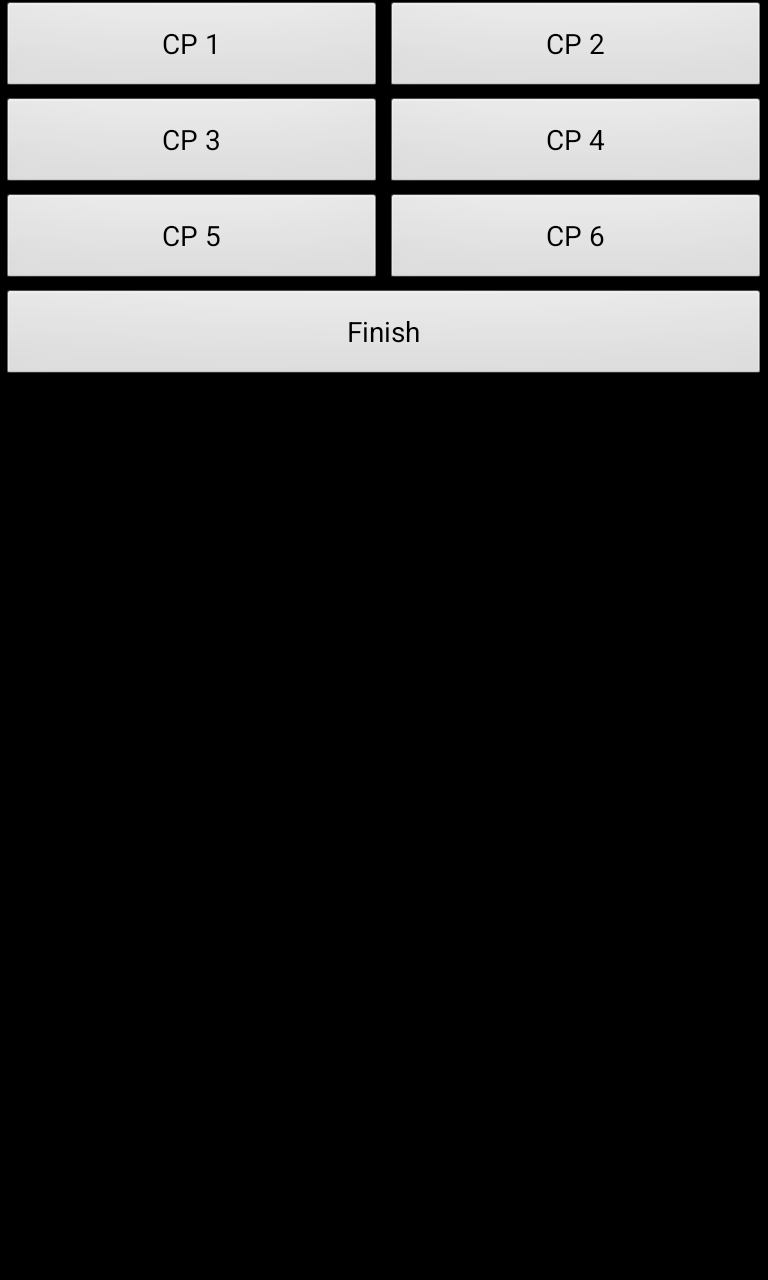
Repository: lotze/AndroidCheckpointScanner
Layout: checkpoint_android_app/res/layout/main.xml
An editor plug-in stored every save of this project. The layout is shown before and after the next save, followed by the edit.
It is drawn on a 768 x 1280 px phone screen (xhdpi) without system bars, with theme android:Theme; the app's code is not run.

Above is the layout before, as saved 2011-05-25 06:51:28.

### checkpoint_android_app/res/layout/main.xml
<?xml version="1.0" encoding="utf-8"?>
<LinearLayout xmlns:android="http://schemas.android.com/apk/res/android"
    android:orientation="vertical"
    android:layout_width="fill_parent"
    android:layout_height="fill_parent"
    >
    <TableLayout android:layout_height="wrap_content" android:layout_width="fill_parent" android:id="@+id/tableLayout1">
        <TableRow android:id="@+id/tableRow1" android:layout_height="wrap_content" android:layout_gravity="center_horizontal" android:layout_weight="1" android:layout_width="fill_parent">
            <Button android:layout_height="wrap_content" android:layout_width="wrap_content" android:text="@string/CP1" android:id="@+id/cp1_button" android:layout_weight="1" android:onClick="selectCheckpoint"></Button>
            <Button android:layout_height="wrap_content" android:layout_width="wrap_content" android:text="@string/CP2" android:id="@+id/cp2_button" android:layout_weight="1" android:onClick="selectCheckpoint"></Button>
        </TableRow>
    </TableLayout>
    <TableRow android:layout_height="wrap_content" android:id="@+id/tableRow2" android:layout_width="fill_parent" android:layout_gravity="top">
        <Button android:layout_height="wrap_content" android:layout_width="wrap_content" android:text="@string/CP3" android:id="@+id/cp3_button" android:layout_weight="1" android:onClick="selectCheckpoint"></Button>
        <Button android:layout_height="wrap_content" android:layout_width="wrap_content" android:text="@string/CP4" android:id="@+id/cp4_button" android:layout_weight="1" android:onClick="selectCheckpoint"></Button>
    </TableRow>
    <TableRow android:layout_height="wrap_content" android:layout_width="fill_parent" android:id="@+id/tableRow4">
        <Button android:layout_height="wrap_content" android:text="@string/CP5" android:id="@+id/cp5_button" android:layout_width="wrap_content" android:layout_weight="1" android:onClick="selectCheckpoint"></Button>
        <Button android:layout_height="wrap_content" android:text="@string/CP6" android:id="@+id/cp6_button" android:layout_width="wrap_content" android:layout_weight="1" android:onClick="selectCheckpoint"></Button>
    </TableRow>
    <Button android:layout_height="wrap_content" android:text="@string/Finish" android:id="@+id/finish_button" android:layout_width="fill_parent" android:onClick="selectCheckpoint"></Button>
</LinearLayout>

### checkpoint_android_app/res/values/strings.xml
<?xml version="1.0" encoding="utf-8"?>
<resources>
    <string name="hello">Hello World, SelectCheckpoint!</string>
    <string name="app_name">CheckPointScanner</string>
    <string name="CP1">CP 1</string>
    <string name="CP2">CP 2</string>
    <string name="CP3">CP 3</string>
    <string name="CP4">CP 4</string>
    <string name="CP5">CP 5</string>
    <string name="CP6">CP 6</string>
    <string name="Finish">Finish</string>
    <string name="Scan">Scan Barcode</string>
</resources>

After the next save:
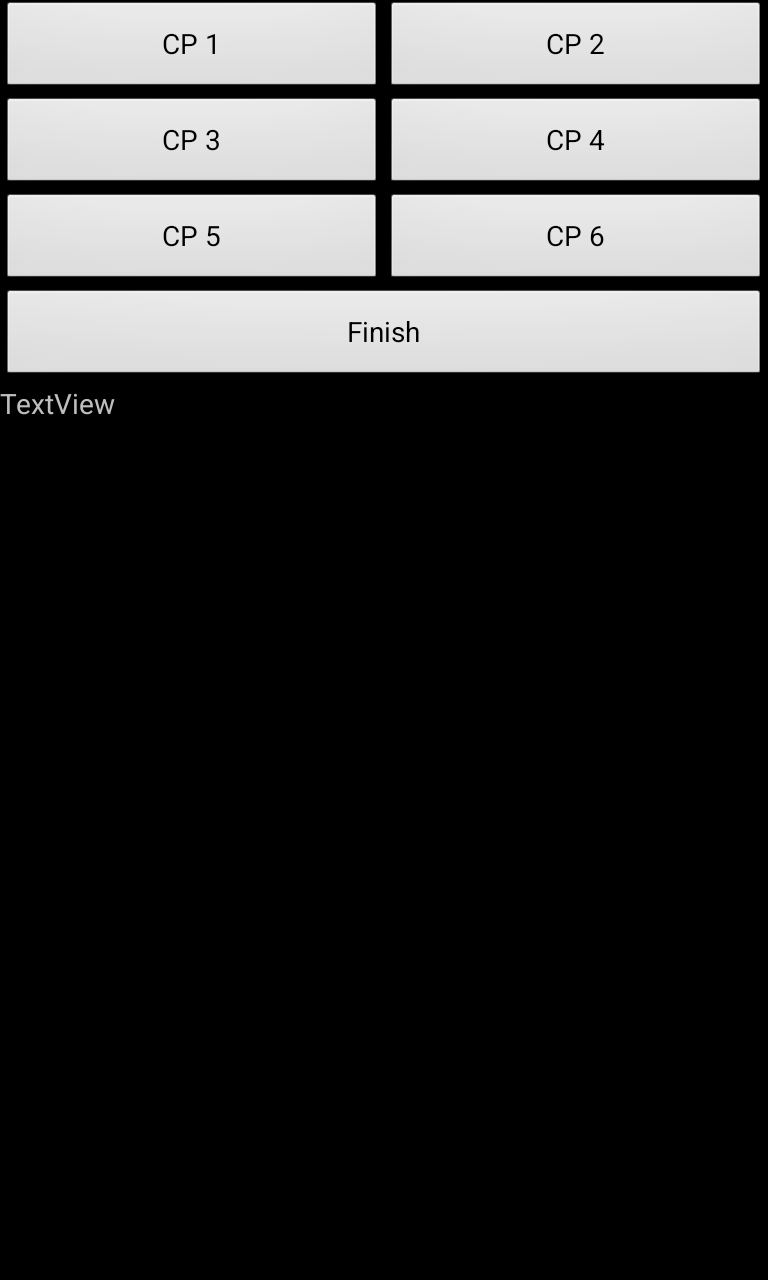
Saved 70 s later.
--- a/checkpoint_android_app/res/layout/main.xml
+++ b/checkpoint_android_app/res/layout/main.xml
@@ -18,5 +18,10 @@
         <Button android:layout_height="wrap_content" android:text="@string/CP5" android:id="@+id/cp5_button" android:layout_width="wrap_content" android:layout_weight="1" android:onClick="selectCheckpoint"></Button>
         <Button android:layout_height="wrap_content" android:text="@string/CP6" android:id="@+id/cp6_button" android:layout_width="wrap_content" android:layout_weight="1" android:onClick="selectCheckpoint"></Button>
     </TableRow>
-    <Button android:layout_height="wrap_content" android:text="@string/Finish" android:id="@+id/finish_button" android:layout_width="fill_parent" android:onClick="selectCheckpoint"></Button>
+    <TableRow android:layout_height="wrap_content" android:layout_width="fill_parent" android:id="@+id/tableRow4">
+    	<Button android:id="@+id/finish_button" android:text="@string/Finish" android:layout_height="wrap_content" android:layout_width="fill_parent" android:onClick="selectCheckpoint"></Button>
+    </TableRow>
+    <TableRow android:layout_height="wrap_content" android:layout_width="fill_parent" android:id="@+id/tableRow4">
+	    <TextView android:layout_height="wrap_content" android:layout_width="wrap_content" android:id="@+id/textView1" android:text="TextView"></TextView>
+    </TableRow>
 </LinearLayout>
